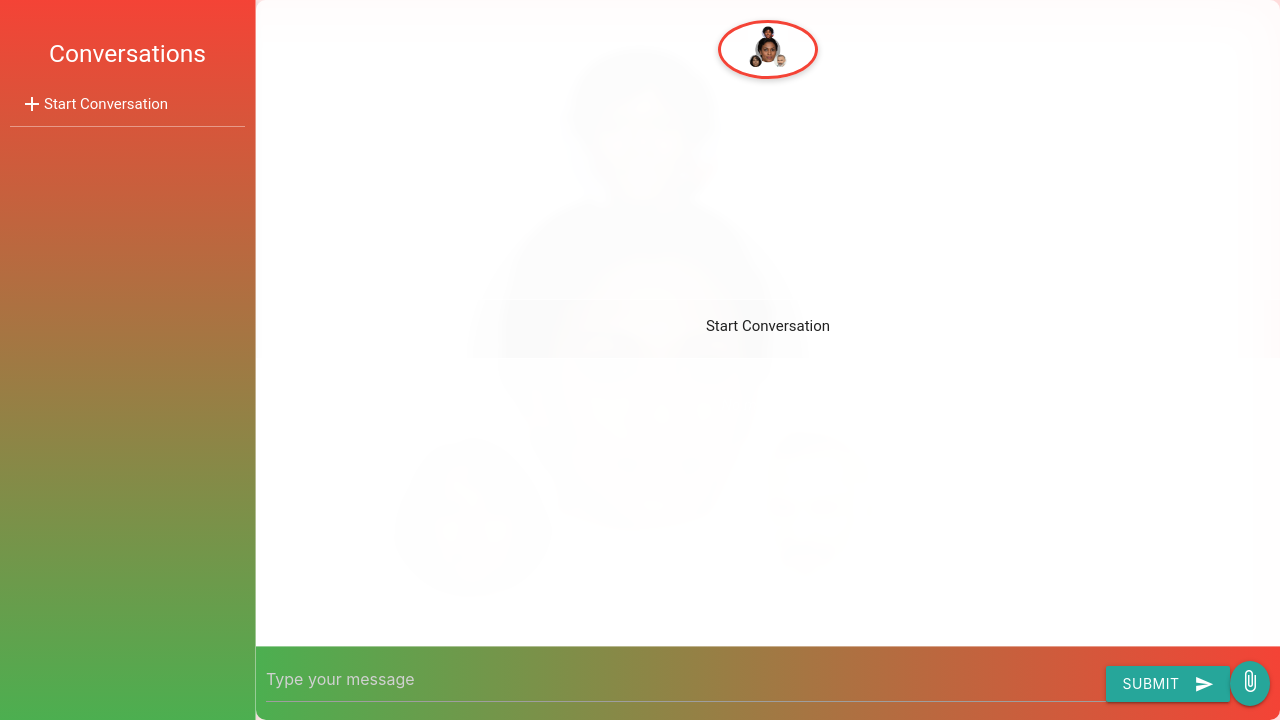
Repository: jcuzcan/sesmag
Page: / (app in frontend/)
An editor plug-in stored every save of this project. The page is shown before and after the next save, followed by the edit.
The browser window is 1280 px wide. The pictures show the whole page.
The page's requests for data from a server got no answer. The project was rebuilt for these pictures with package versions that can differ from the ones it lists, and the page was loaded fresh each time. No one was signed in, and anything a server would have sent is missing.

Above is the page before, as saved 2024-12-09 22:00:25.

### frontend/public/index.html
<!DOCTYPE html>
<html lang="en">
  <head>
    <meta charset="utf-8" />
    <link rel="icon" href="%PUBLIC_URL%/favicon.ico" />
    <meta name="viewport" content="width=device-width, initial-scale=1" />
    <meta name="theme-color" content="#000000" />
    <link href="https://fonts.googleapis.com/icon?family=Material+Icons" rel="stylesheet" />
    <meta name="description" content="Web site created using create-react-app" />
    <link rel="apple-touch-icon" href="%PUBLIC_URL%/logo192.png" />
    <link rel="manifest" href="%PUBLIC_URL%/manifest.json" />
    <title>React App</title>
  </head>
  <body>
    <noscript>You need to enable JavaScript to run this app.</noscript>
    <div id="root"></div>
  </body>
</html>

### frontend/src/App.js
import React, { useState, useEffect } from "react";
import ApiService from "./service";
import "materialize-css/dist/css/materialize.min.css";
import ReactMarkdown from "react-markdown";
import "./App.css";
import FeeImage from './Fee.png';

const App = () => {
  const [conversation, setConversation] = useState({
    messages: [],
    _id: null,
  });
  const [conversations, setConversations] = useState([]);
  const [message, setMessage] = useState("");
  const [sidebarOpen, setSidebarOpen] = useState(false);
  const [isLoading, setIsLoading] = useState(false);

  useEffect(() => {
    ApiService.getAllConversations()
      .then((res) => {
        setConversations(res);
      })
      .catch((error) => {
        window.alert(error.message ?? error.toString());
      });
  }, []);

  const handleSendMessage = async () => {
    if (message.trim()) {
      let conversationId = conversation._id;

      if (!conversation._id) {
        await ApiService.startConversation()
          .then((res) => {
            setConversation(res);
            conversationId = res._id;
            setConversations([res, ...conversations]);
          })
          .catch((error) => window.alert(error.message ?? error.toString()));
      }
      setConversation((conversation) => ({
        ...conversation,
        messages: [
          ...conversation.messages,
          { role: "user", content: message.trim() },
        ],
      }));
      setIsLoading(true);
      await ApiService.sendMessage(conversationId, message)
        .catch((error) => {
          error.message ?? error.toString();
        })
        .then((res) => {
          setConversation(res);
          setMessage("");
          // set conversion description
          setConversations((conversations) =>
            conversations.map((c) => {
              if (c._id === res._id) {
                c.description = res.description;
              }
              return c;
            })
          );
        });
      setIsLoading(false);
    }
  };

  const handleFileUpload = async (e) => {
    const file = e.target.files[0];
    if (file) {
      let conversationId = conversation._id;
      if (!conversation._id) {
        await ApiService.startConversation()
          .then((res) => {
            setConversation(res);
            conversationId = res._id;
            setConversations([res, ...conversations]);
          })
          .catch((error) => console.log(error));
      }
      setIsLoading(true);
      await ApiService.uploadContext(conversationId, file)
        .then((res) => {
          setConversation(res);
          // set conversion description
          setConversations((conversations) =>
            conversations.map((c) => {
              if (c._id === res._id) {
                c.description = res.description;
              }
              return c;
            })
          );
        })
        .catch((error) => window.alert(error.message ?? error.toString()));
      setIsLoading(false);
    }
  };

  const toggleSidebar = () => {
    setSidebarOpen((prev) => !prev);
  };

  const startConversation = async () => {
    if (isLoading) {
      return;
    }
    setIsLoading(true);
    await ApiService.startConversation()
      .then((res) => {
        setConversation(res);
        setConversations([res, ...conversations]);
      })
      .catch((error) => console.log(error));
    setIsLoading(false);
  };

  const getConversationById = (id) => {
    ApiService.getConversationById(id)
      .then((res) => {
        setConversation(res);
      })
      .catch((error) => {
        console.error(error.message ?? error.toString());
      });
  };

  return (
    <div className="app-container">
  <div className={`sidebar ${sidebarOpen ? "open" : ""}`}>
    <button className="close-btn" onClick={toggleSidebar}>
      <i className="material-icons">close</i>
    </button>
    <h5 className="mt-2 text-center">Conversations</h5>
    <ul>
      <li
        className="d-flex align-items-center"
        onClick={() => startConversation()}
      >
        <i className="material-icons">add</i> Start Conversation
      </li>
      {conversations.map((conversation) => (
        <li
          key={conversation._id}
          onClick={() => getConversationById(conversation._id)}
        >
          {conversation.description || `Conversation ${conversation._id}`}
        </li>
      ))}
    </ul>
  </div>
  <div className="chat-container">
    {/* Image Container */}
    <div className="image-container">
      <img src={FeeImage} alt="Profile" />
    </div>
    <div className="row">
      <button className="sidebar-toggle-btn" onClick={toggleSidebar}>
        &#9776;
      </button>
      <div className="flex-1 align-center" style={{ marginTop: "1rem" }}>
        {conversation._id ? (
          <>
            {conversation.description || `Conversation ${conversation._id}`}
          </>
        ) : (
          <>Start Conversation</>
        )}
      </div>
    </div>

    <div className="chat-window">
      {conversation && conversation.messages.length > 0 ? (
        conversation.messages
          .filter((messages) =>
            ["assistant", "user"].includes(messages.role)
          )
          .map((msg, index) => (
            <div
              key={index}
              className={`message ${
                msg.role === "user" ? "user-message" : "ai-message"
              }`}
            >
              <strong>{msg.role === "user" ? "You" : "AI"}:</strong>{" "}
              <ReactMarkdown>{msg.content}</ReactMarkdown>
            </div>
          ))
      ) : (
        <p className="no-messages">No messages!</p>
      )}
    </div>
    <div className="input-bar">
      <textarea
        id="message"
        className="materialize-textarea"
        value={message}
        onChange={(e) => setMessage(e.target.value)}
        placeholder="Type your message"
      ></textarea>
      <button
        className="btn waves-effect waves-light"
        onClick={handleSendMessage}
        name="action"
        disabled={isLoading}
      >
        Submit
        <i className="material-icons right">send</i>
      </button>
      <div className="file-field">
        <button className="btn btn-floating" disabled={isLoading}>
          <i className="material-icons">attach_file</i>
          <input
            type="file"
            onChange={handleFileUpload}
            accept="application/pdf"
          />
        </button>
      </div>
    </div>
  </div>
</div>

  );
};

export default App;

### frontend/src/service.js
import axios from "axios";

const BASE_URL = "http://localhost:4000/api";

const apiClient = axios.create({
  baseURL: BASE_URL,
  headers: {
    "Content-Type": "application/json",
  },
});

// Centralized error handler
const handleError = (error) => {
  if (error.response) {
    const message =
      error.response.data?.message || `Error: ${error.response.statusText}`;
    return Promise.reject(new Error(message));
  } else if (error.request) {
    return Promise.reject(
      new Error("No response from server. Please try again later.")
    );
  } else {
    return Promise.reject(
      new Error(error.message || "An unexpected error occurred.")
    );
  }
};

// API Service
const ApiService = {
  startConversation: async () => {
    try {
      const response = await apiClient.post("/conversation/start-conversation");
      return response.data;
    } catch (error) {
      return handleError(error);
    }
  },

  getAllConversations: async () => {
    try {
      const response = await apiClient.get("/conversation/");
      return response.data;
    } catch (error) {
      return handleError(error);
    }
  },

  getConversationById: async (id) => {
    try {
      const response = await apiClient.get(`/conversation/${id}`);
      return response.data;
    } catch (error) {
      return handleError(error);
    }
  },

  sendMessage: async (id, message) => {
    try {
      const response = await apiClient.post(`/conversation/${id}`, { message });
      return response.data;
    } catch (error) {
      return handleError(error);
    }
  },

  uploadContext: async (id, file) => {
    try {
      const formData = new FormData();
      formData.append("file", file);

      const response = await apiClient.post(
        `/conversation/upload-context/${id}`,
        formData,
        {
          headers: {
            "Content-Type": "multipart/form-data",
          },
        }
      );
      return response.data;
    } catch (error) {
      return handleError(error);
    }
  },
};

export default ApiService;

### frontend/src/App.css
body {
  margin: 0;
  font-family: 'Roboto', sans-serif;
  background: url('Fee.png') no-repeat center center fixed;
  background-size: cover;
}

.app-container {
  display: flex;
  height: 100vh;
  width: 100%;
  background: rgba(255, 255, 255, 0.9); /* Adds a slight overlay for readability */
  backdrop-filter: blur(5px); /* Adds blur effect to the background */
  box-shadow: inset 0 0 50px rgba(255, 0, 0, 0.2); /* Adds a festive glow */
}

.sidebar {
  width: 20%;
  background: linear-gradient(to bottom, #f44336, #4caf50); /* Christmas red and green */
  color: white;
  padding: 10px;
  border-right: 1px solid rgba(255, 255, 255, 0.4);
  overflow-y: auto;
  transition: transform 0.3s ease;
  box-shadow: 2px 0 5px rgba(0, 0, 0, 0.1);
}

.sidebar ul {
  list-style: none;
  padding: 0;
}

.sidebar ul li {
  padding: 10px;
  cursor: pointer;
  border-bottom: 1px solid rgba(255, 255, 255, 0.4);
  text-transform: capitalize;
  color: #fff;
}

.sidebar ul li:hover {
  background-color: rgba(255, 255, 255, 0.3); /* Slight highlight effect */
}

.sidebar.open {
  transform: translateX(0);
}

.sidebar.close {
  transform: translateX(-100%);
}

.close-btn {
  font-size: 20px;
  background: none;
  border: none;
  cursor: pointer;
  color: #fff;
  float: right;
  display: none;
}

.chat-container {
  flex: 1;
  display: flex;
  flex-direction: column;
  height: 100%;
  position: relative;
  background-color: rgba(255, 255, 255, 0.8);
  border-radius: 10px;
  overflow: hidden;
}

.image-container {
  width: 100%;
  height: 300px;
  text-align: center;
  padding: 20px;
  background: rgba(255, 255, 255, 0.3); /* Light snowy effect */
  border-bottom: 1px solid rgba(255, 255, 255, 0.4);
}

.image-container img {
  max-width: 100px;
  border-radius: 50%;
  border: 3px solid #f44336;
  box-shadow: 0 2px 6px rgba(0, 0, 0, 0.2);
}

.chat-window {
  flex: 1;
  padding: 20px;
  overflow-y: auto;
  background: rgba(255, 255, 255, 0.8);
  border-top: 1px solid rgba(255, 255, 255, 0.4);
}

.input-bar {
  display: flex;
  align-items: center;
  padding: 10px;
  border-top: 1px solid rgba(255, 255, 255, 0.4);
  background: linear-gradient(to right, #4caf50, #f44336); /* Christmas gradient */
  color: white;
}

.message {
  max-width: 70%;
  margin: 10px 0;
  padding: 10px;
  border-radius: 10px;
  word-wrap: break-word;
}

.user-message {
  margin-left: auto;
  background-color: #e57373; /* Warm red for user messages */
  color: #fff;
}

.ai-message {
  margin-right: auto;
  background-color: #81c784; /* Festive green for AI messages */
  color: #fff;
}

textarea {
  flex: 1;
  resize: none;
  border: 2px solid #fff;
  border-radius: 5px;
  padding: 10px;
  margin-right: 10px;
}

.sidebar-toggle-btn {
  position: absolute;
  display: none;
  top: 10px;
  left: 10px;
  background: none;
  border: none;
  font-size: 24px;
  cursor: pointer;
  z-index: 1000;
}

@media (max-width: 768px) {
  .sidebar {
    position: fixed;
    height: 100%;
    min-width: 300px;
    transform: translateX(-100%);
    z-index: 1000;
    box-shadow: 2px 0 5px rgba(0, 0, 0, 0.3);
  }

  .sidebar-toggle-btn {
    display: block;
  }

  .close-btn {
    display: block;
  }

  .sidebar.open {
    transform: translateX(0);
  }

  .chat-container {
    padding-left: 0;
  }
}

.no-messages {
  text-align: center;
  font-style: italic;
  color: rgba(255, 255, 255, 0.8);
}

/* Decorative Elements */
.mt-1 {
  margin-top: 1rem;
}

.mt-2 {
  margin-top: 2rem;
}

.d-flex {
  display: flex;
}

.align-items-center {
  align-items: center;
}

.text-center {
  text-align: center;
}

/* Snowfall Animation (Optional) */
@keyframes snowfall {
  0% { transform: translateY(-100px); }
  100% { transform: translateY(100vh); }
}

.snowflake {
  position: absolute;
  top: 0;
  animation: snowfall 10s linear infinite;
  opacity: 0.8;
  color: white;
}

.snowflake:nth-child(1) { left: 10%; animation-duration: 15s; font-size: 20px; }
.snowflake:nth-child(2) { left: 50%; animation-duration: 12s; font-size: 25px; }
.snowflake:nth-child(3) { left: 70%; animation-duration: 10s; font-size: 18px; }

Loaded but not shown: frontend/src/index.js (common file); frontend/src/index.css (common file); frontend/src/reportWebVitals.js (common file)

After the next save:
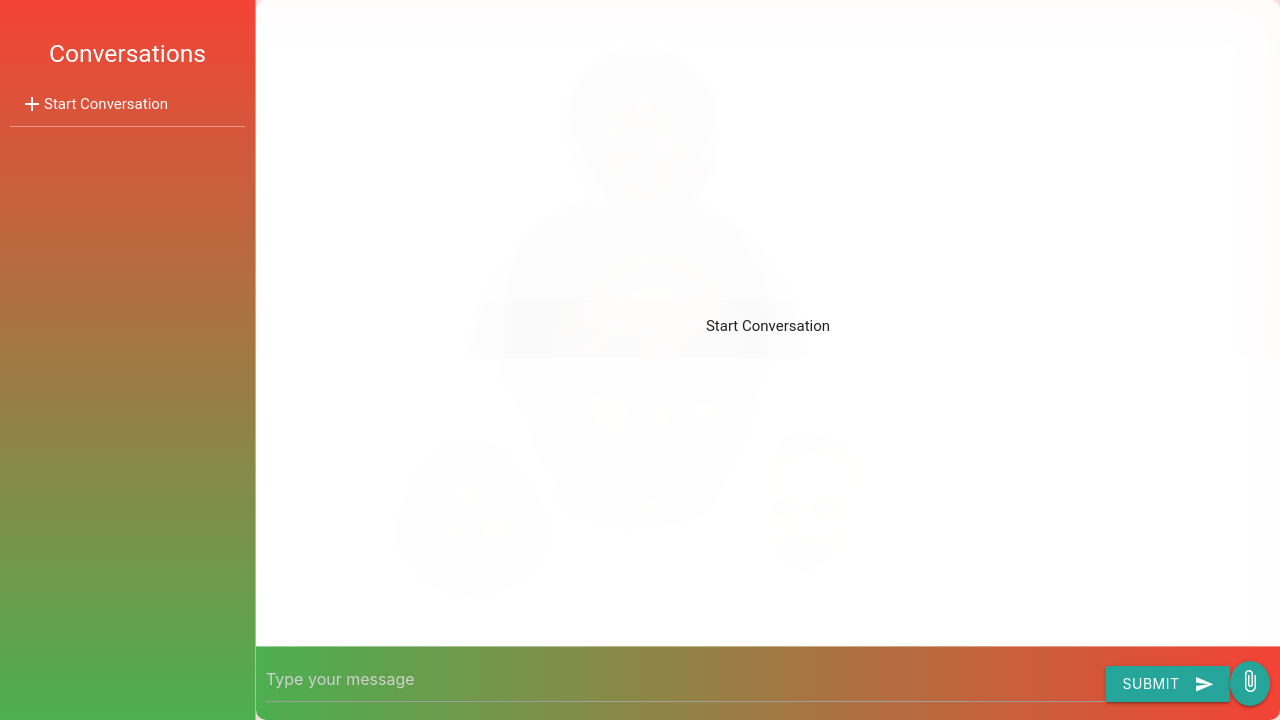
Saved 9 min 7 s later.
--- a/frontend/src/App.css
+++ b/frontend/src/App.css
@@ -73,19 +73,21 @@ body {
 
 .image-container {
   width: 100%;
-  height: 300px;
+  height: 300px; /* Adjust this based on how big you want the image */
+  background-image: url('./Fee.png'); /* Use the image file directly */
+  background-size: cover; /* Ensures the image covers the entire container */
+  background-position: center center; /* Centers the image */
+  background-repeat: no-repeat; /* Ensures the image does not repeat */
   text-align: center;
   padding: 20px;
-  background: rgba(255, 255, 255, 0.3); /* Light snowy effect */
+  background: rgba(255, 255, 255, 0.3); /* Optional overlay for a snowy effect */
   border-bottom: 1px solid rgba(255, 255, 255, 0.4);
 }
 
 .image-container img {
-  max-width: 100px;
-  border-radius: 50%;
-  border: 3px solid #f44336;
-  box-shadow: 0 2px 6px rgba(0, 0, 0, 0.2);
-}
+  display: none; /* Hides the original image tag */
+}
+
 
 .chat-window {
   flex: 1;
